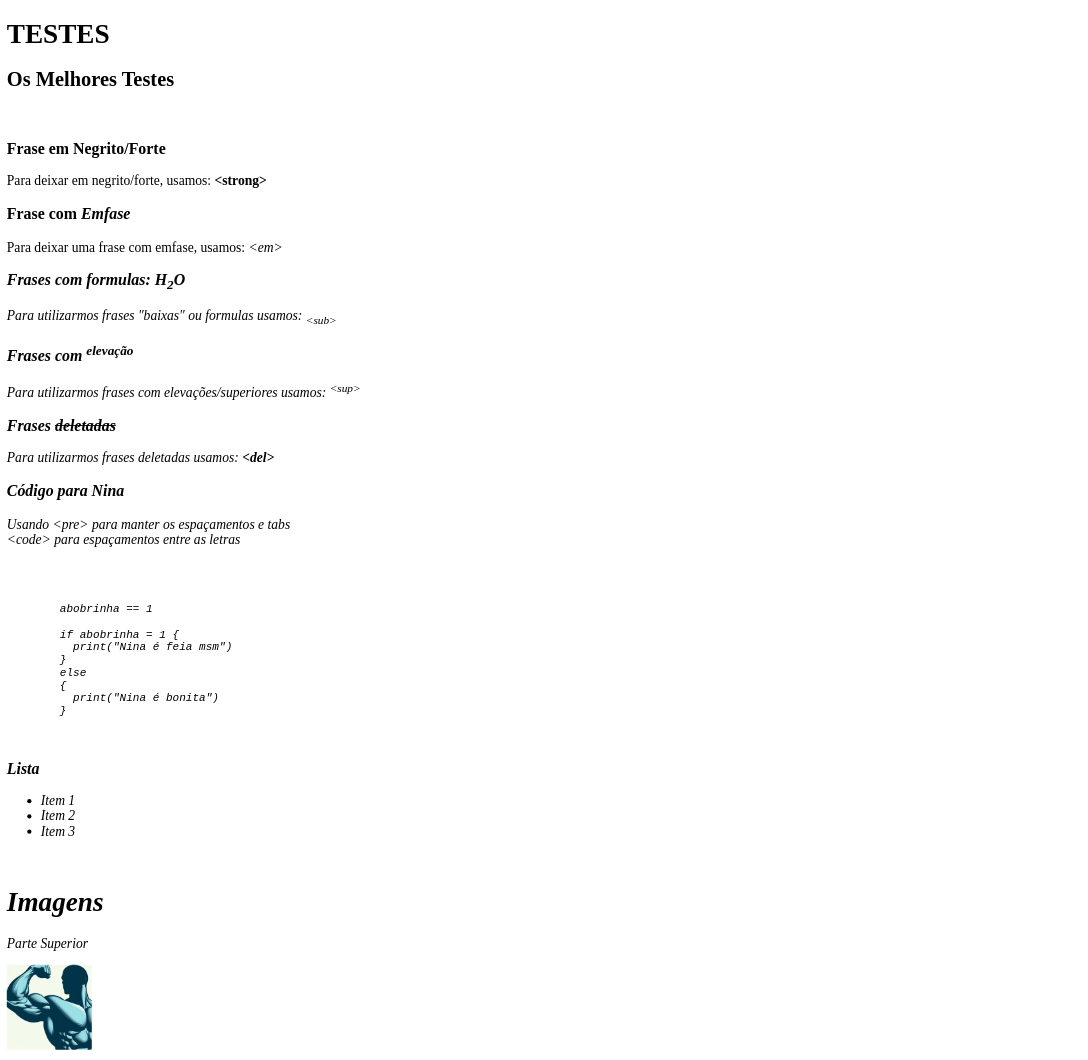
Repository: LuidyOn/Site_Forca_Total
Page: ForçaTotal/teste.html
An editor plug-in stored every save of this project. The page is shown before and after a run of saves, followed by the edit.
The browser window is 1280 px wide. The pictures show the whole page, at 85% of full size.

Above is the page before, as saved 2025-05-15 13:55:59.

### ForçaTotal/teste.html
<!DOCTYPE html>
<html lang="pt-br">
<head>
  <meta charset="UTF-8">
  <meta name="viewport" content="width=device-width, initial-scale=1.0">
  <link rel="shortcut icon" href="img/icons/logo.ico" type="image/x-icon">
  <title>Testes Força total</title>
</head>
<body>
<h1>TESTES</h1>
  <h2>Os Melhores Testes</h2>

  <p><br></p>

    <h3>Frase em <strong>Negrito/Forte</strong></h3>
    <p>Para deixar em negrito/forte, usamos: <strong>&lt;strong&gt;</strong> </p>

    <h3>Frase com <em>Emfase</em> </h3>
    <p>Para deixar uma frase com emfase, usamos: <em>&lt;em&gt;<em> </p>

    <h3>Frases com formulas: H<sub>2</sub>O </h3>
    <p>Para utilizarmos frases "baixas" ou formulas usamos: <sub>&lt;sub&gt;</sub></p>

    <h3>Frases com <sup>elevação</sup></h3>
    <p>Para utilizarmos frases com elevações/superiores usamos: <sup>&lt;sup&gt;</sup></p>

    <h3>Frases <del>deletadas</del></h3>
    <p>Para utilizarmos frases deletadas usamos: <strong>&lt;del&gt;</strong></p>


    <h3>Código para Nina</h3>
    <p>Usando &lt;pre&gt; para manter os espaçamentos e tabs <br> &lt;code&gt; para espaçamentos entre as letras</p>

  <p><br></p>

    <pre>
      <code>
        abobrinha == 1

        if abobrinha = 1 {
          print("Nina é feia msm")
        }
        else
        {
          print("Nina é bonita")
        }
      </code>
    </pre>

    <h3>Lista</h3>
    <ul>
      <li>Item 1</li>
      <li>Item 2</li>
      <li>Item 3</li>
    </ul>



<p><br></p>

<h1>Imagens</h1>
  <p>Parte Superior</p>
<img src="img/parteSerior.png" alt="parte superior" style= "width: 100px; height: 100px;">
</body>
</html>

After the next 3 saves:
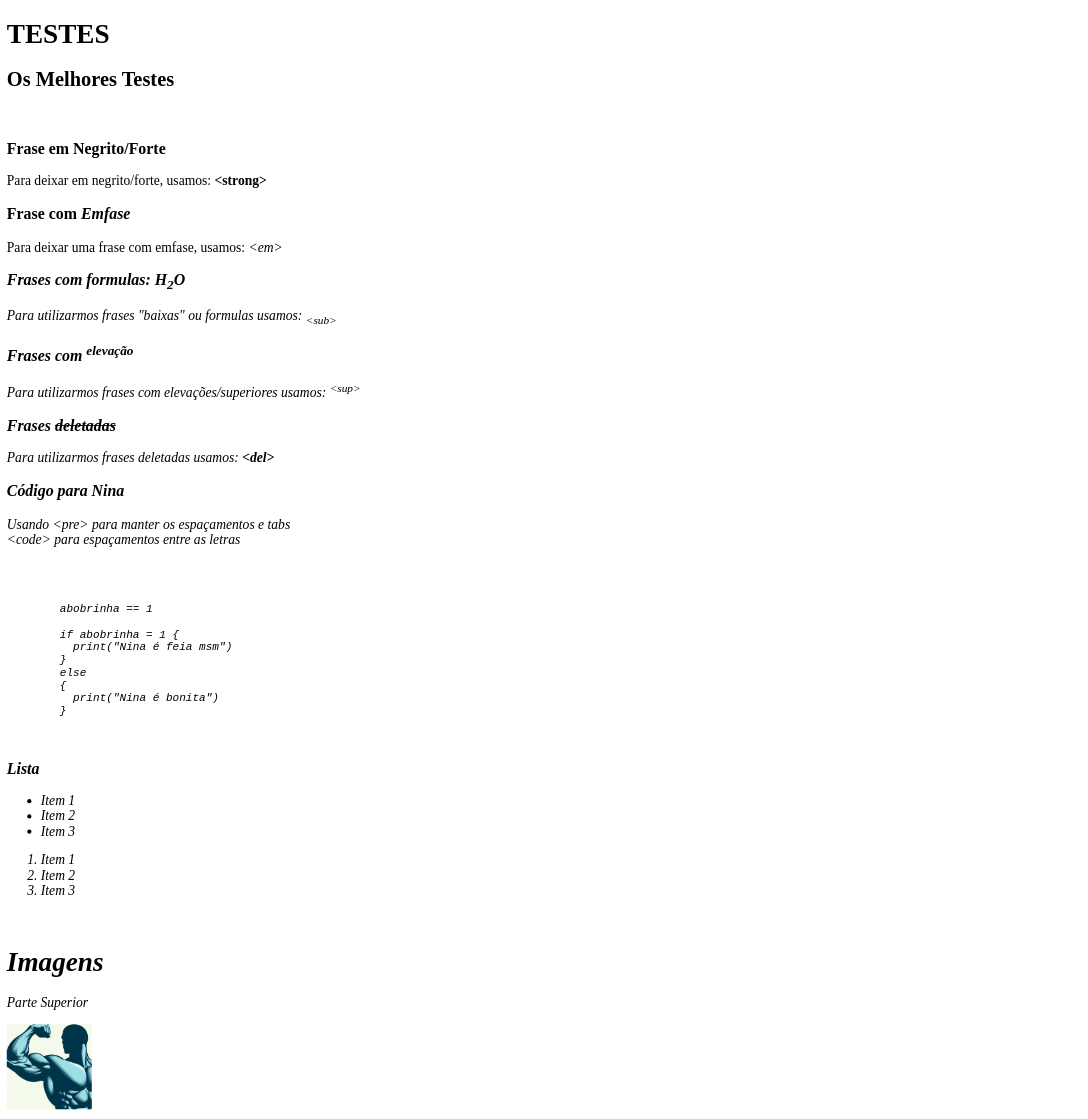
The 3 saves are shown as one change because they came seconds apart.
The last was saved 12 s later.
--- a/ForçaTotal/teste.html
+++ b/ForçaTotal/teste.html
@@ -54,7 +54,11 @@
       <li>Item 3</li>
     </ul>
 
-
+    <ol>
+      <li>Item 1</li>
+      <li>Item 2</li>
+      <li>Item 3</li>
+    </ol>
 
 <p><br></p>
 
